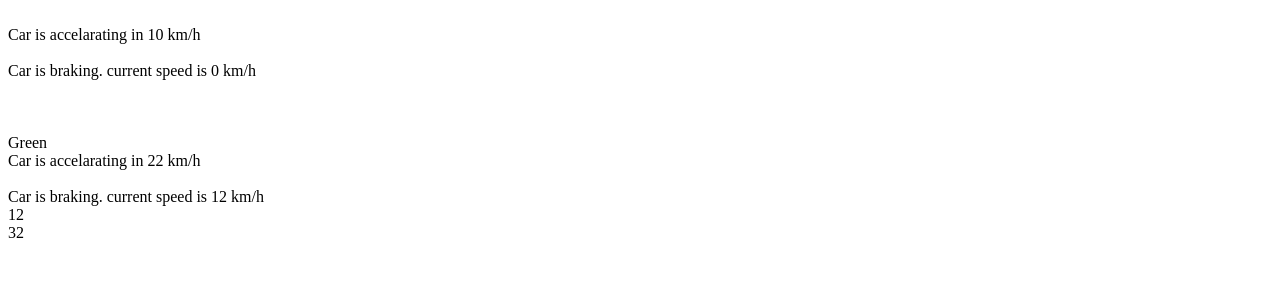
Repository: Aminullah-01/geek-php-laravel-backend-engineering
Page: http://localhost/weeks/week-04-databases-pdo/day1/oop.php
An editor plug-in stored every save of this project. The page is shown before and after the next save, followed by the edit.
The browser window is 1280 px wide. The pictures show the whole page.
The page is run by PHP 8.4 with error messages shown; the project is at /var/www/html/.

Above is the page before, as saved 2026-02-23 14:44:52.

After the next save:
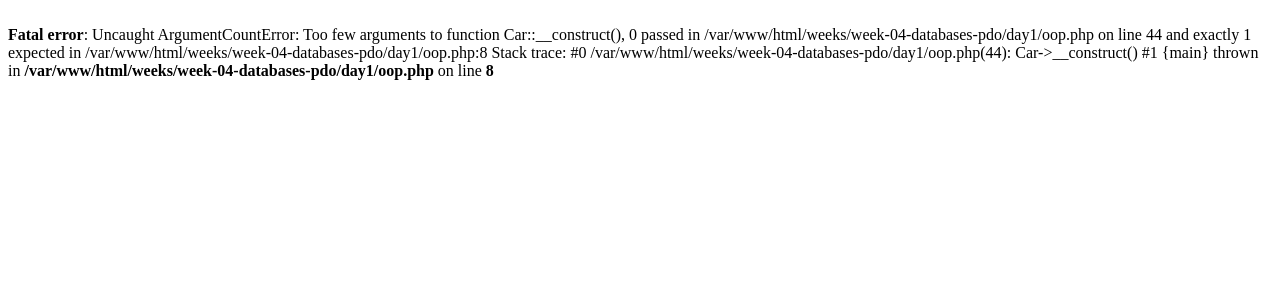
Saved 45 s later.
--- a/weeks/week-04-databases-pdo/day1/oop.php
+++ b/weeks/week-04-databases-pdo/day1/oop.php
@@ -5,7 +5,7 @@ class Car{
     public $color;
     public $speed;
 
-    public function __construct()
+    public function __construct($name)
     {
 
     }
